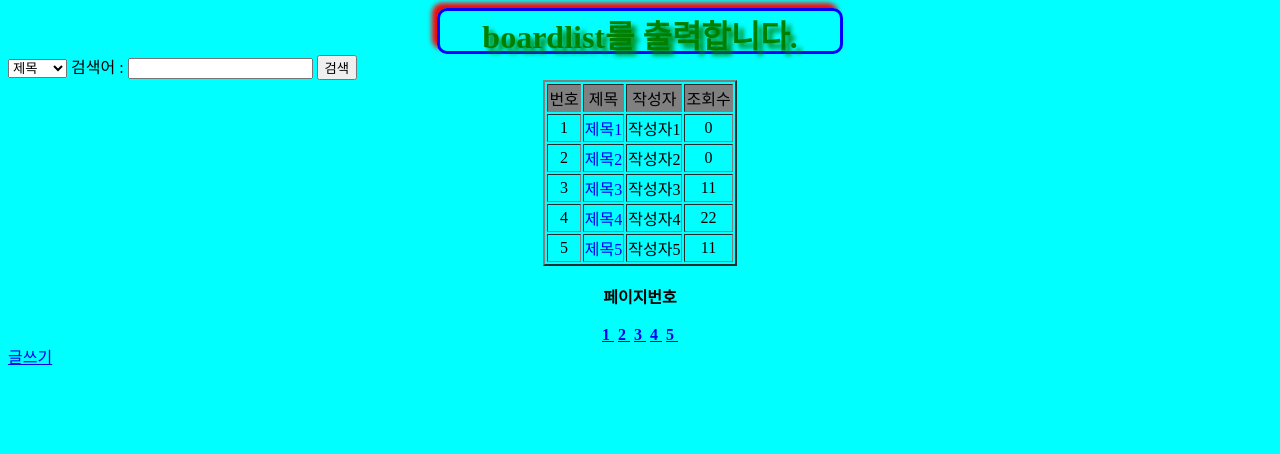
Repository: Pang-Ho/TIL
Page: JavaScript/workspace_web/htmltest/WebContent/boardlist.html
These files come from the project's save history. The page is drawn as it stood at one moment and after the next save; the edit follows.
The browser window is 1280 px wide. The pictures show the whole page.

Above is the page before, as saved 2021-08-20 09:01:32.

After the next save:
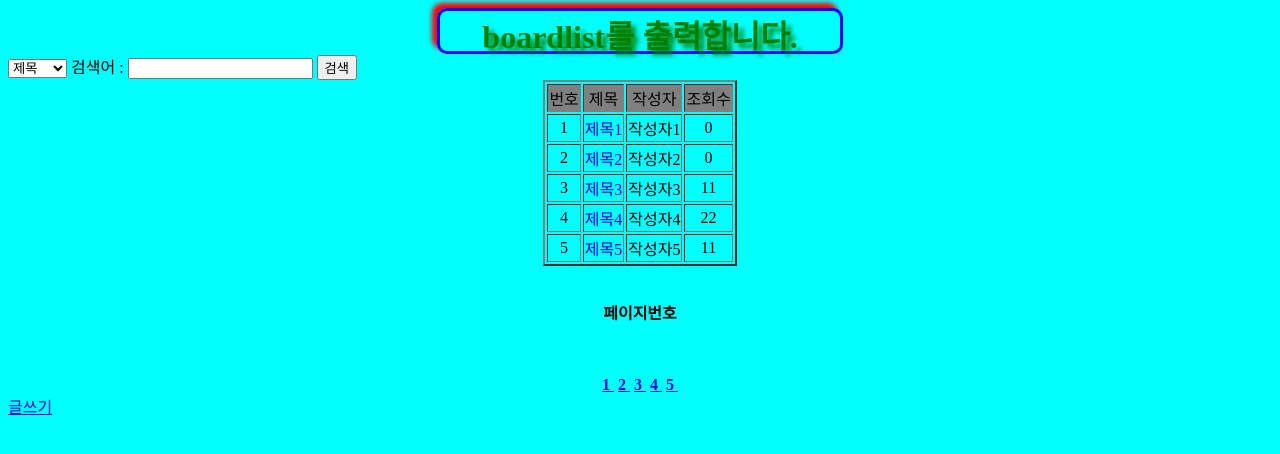
Saved 91 s later.
--- a/JavaScript/workspace_web/htmltest/WebContent/boardlist.html
+++ b/JavaScript/workspace_web/htmltest/WebContent/boardlist.html
@@ -29,7 +29,7 @@
 	text-align: center;
 	font-weight: bold;
 	}
-	table a{font-weight: normal;}
+	table {font-weight: normal;}
 </style>
 
 </head>
@@ -54,7 +54,7 @@
 	</table>
 	<br>
 	<div id="page">
-	페이지번호<br><br>
+	<p>페이지번호</p><br><br>
 	<a href="boardlist.html"> 1&nbsp;</a>
 	<a href="boardlist.html"> 2&nbsp;</a>
 	<a href="boardlist.html"> 3&nbsp;</a>
